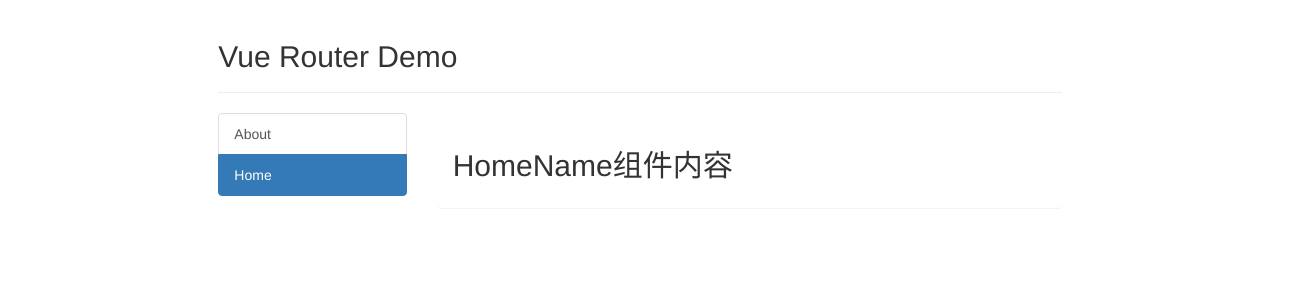
Repository: ldqml/vue.test
Page: /#/home (app in router/)
These files come from the project's save history. The page is drawn as it stood at one moment and after the next save; the edit follows.
The browser window is 1280 px wide. The page is 1295 px wide, so the pictures cover 1295 px, including what lies to the right of the window. The pictures show the whole page.
The project was rebuilt for these pictures with package versions that can differ from the ones it lists, and the page was loaded fresh each time. Also part of the build but not shown: router/vue.config.js, router/src/components/AboutName.vue, router/src/components/MessAge.vue, router/src/components/NewSofm.vue.

Above is the page before, as saved 2022-08-28 22:10:48.

### router/public/index.html
<!DOCTYPE html>
<html lang="">
  <head>
    <meta charset="utf-8">
    <meta http-equiv="X-UA-Compatible" content="IE=edge">
    <meta name="viewport" content="width=device-width,initial-scale=1.0">
    <link rel="icon" href="<%= BASE_URL %>favicon.ico">
    <link rel="stylesheet" href="<%= BASE_URL %>bootstrap.min.css">
    <title><%= htmlWebpackPlugin.options.title %></title>
  </head>
  <body>
    <noscript>
      <strong>We're sorry but <%= htmlWebpackPlugin.options.title %> doesn't work properly without JavaScript enabled. Please enable it to continue.</strong>
    </noscript>
    <div id="app"></div>
    <!-- built files will be auto injected -->
  </body>
</html>

### router/src/main.js
import Vue from 'vue'
import App from './App.vue'
import VueRouter from 'vue-router'
import router from './router'

Vue.config.productionTip = false
Vue.use(VueRouter)

new Vue({
  el:'#app',
  render: h => h(App),
  router: router
})

### router/src/App.vue
<template>
   <div>
    <div class="row">
      <div class="col-xs-offset-2 col-xs-8">
        <div class="page-header">
          <h2>Vue Router Demo</h2>
        </div>
      </div>
    </div>
    <div class="row">
      <div class="col-xs-2 col-xs-offset-2">
        <div class="list-group">
          <router-link class="list-group-item" active-class="active" to="/about">About</router-link>
          <router-link class="list-group-item" active-class="active" to="/home">Home</router-link>
        </div>
      </div>
      <div class="col-xs-6">
        <div class="panel">
          <div class="panel-body">
            <router-view></router-view>
          </div>
        </div>
      </div>
    </div>
   </div>
</template>

<script>

export default {
  name: 'App'
}
</script>

<style>

</style>

### router/src/router/index.js
import VueRouter from "vue-router"
import AboutName from '../components/AboutName'
import HomeName from '../components/HomeName'
import MessAge from '../components/MessAge'
import NewSofm from '../components/NewSofm'

export default new VueRouter({
    routes:[
        {path:'/about',
        component:AboutName
        },
        {path:'/home',
        component:HomeName,
        children:[
            {path:'message',
             component:MessAge
            },
            {path:'newsofm',
             component:NewSofm
            }
        ]
        },
    ]
})

### router/src/components/HomeName.vue
<template>
  <div>
    <h2>HomeName组件内容</h2>
    <div class="nav nav-table">

    </div>
  </div>
</template>

<script>
export default {
    name: "HomeName",
}
</script>

<style>

</style>

Loaded but not shown: router/public/bootstrap.min.css (library)

After the next save:
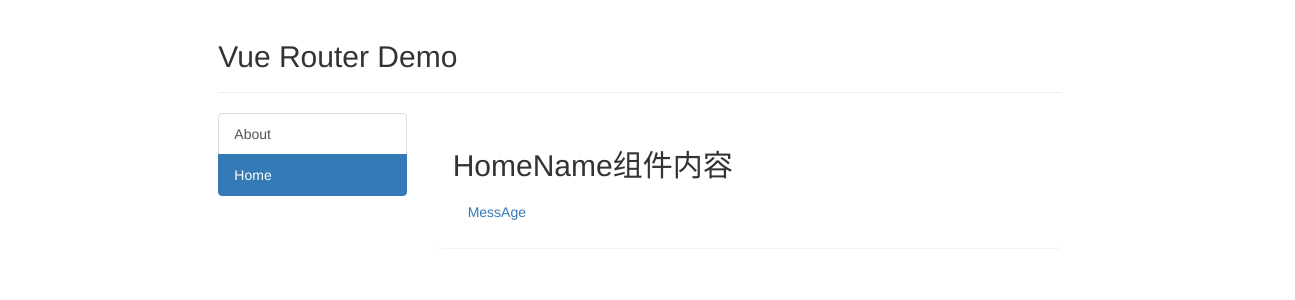
Saved 2 min 52 s later.
--- a/router/src/components/HomeName.vue
+++ b/router/src/components/HomeName.vue
@@ -2,7 +2,10 @@
   <div>
     <h2>HomeName组件内容</h2>
     <div class="nav nav-table">
-
+      <li>
+        <router-link active-class="active" to="/home/message">MessAge</router-link>
+      </li>
+      <li></li>
     </div>
   </div>
 </template>
